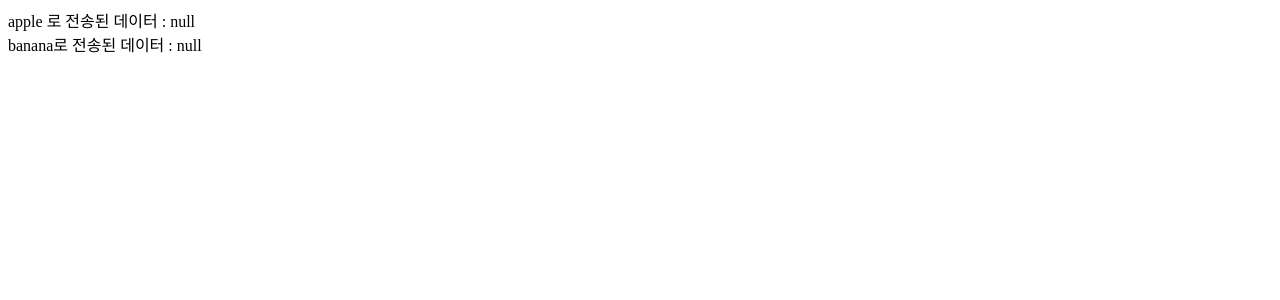
Repository: dwanGim/JSP_basic
Page: http://localhost/20220322/jspobject/request/req_param.jsp
An editor plug-in stored every save of this project. The page is shown before and after the next save, followed by the edit.
The browser window is 1280 px wide. The pictures show the whole page.
The page is served by Tomcat 9.

Above is the page before, as saved 2022-03-24 11:15:25.

### 20220322/src/main/webapp/jspobject/request/req_param.jsp
<%--
	요청 파라미터

	- 클라이언트 측에서 서버로 데이터를 요청할 때 전달되는 변수를
	요청 파라미터라고 부릅니다.

	- 요청 파라미터는 URL주소 뒤에 ?를 붙인 이후에 [파라미터 변수명=값]을
	통해 서버로 데이터를 전달할 수 있습니다.

	-요청 파라미터를 여러개 전달할 때는 두 번째부터 &를 붙여서 나열합니다.
 --%>
<%
	// 클라이언트의 전송 데이터를 받아오는 방법
	// 내장객체 request의 getParameter("변수명")을 사용
	String a = request.getParameter("apple");
	String b = request.getParameter("banana");
	// 임의로 받아올 수 있는 request.getParameter("변수명")을
	// 작성하고 변수 c에 저장한 후 body에 출력해보자.

	String c = request.getParameter("아무거나");
%>


<%@ page language="java" contentType="text/html; charset=UTF-8"
    pageEncoding="UTF-8"%>
<!DOCTYPE html>
<html>
<head>
<meta charset="UTF-8">
<title>Insert title here</title>
</head>
<body>
	apple 로 전송된 데이터 : <%= a %><br/>
	banana로 전송된 데이터 : <%= b %><br/>


</body>
</html>

After the next save:
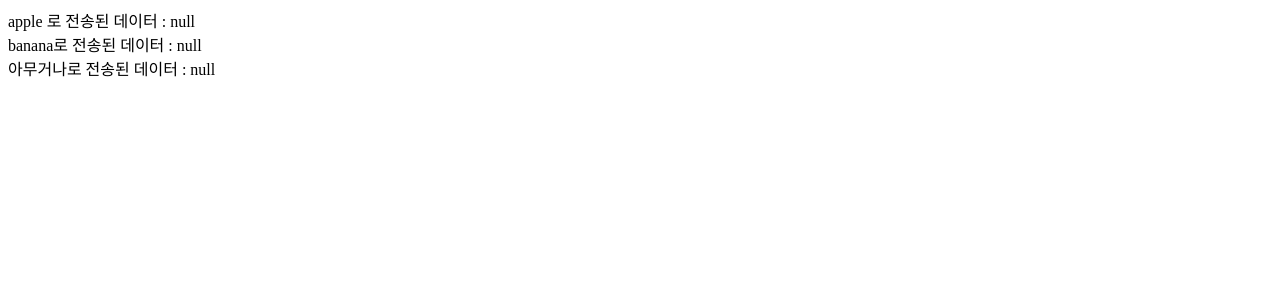
Saved 31 s later.
--- a/20220322/src/main/webapp/jspobject/request/req_param.jsp
+++ b/20220322/src/main/webapp/jspobject/request/req_param.jsp
@@ -32,6 +32,7 @@
 <body>
 	apple 로 전송된 데이터 : <%= a %><br/>
 	banana로 전송된 데이터 : <%= b %><br/>
+	아무거나로 전송된 데이터 : <%= c %>
 
 
 </body>
